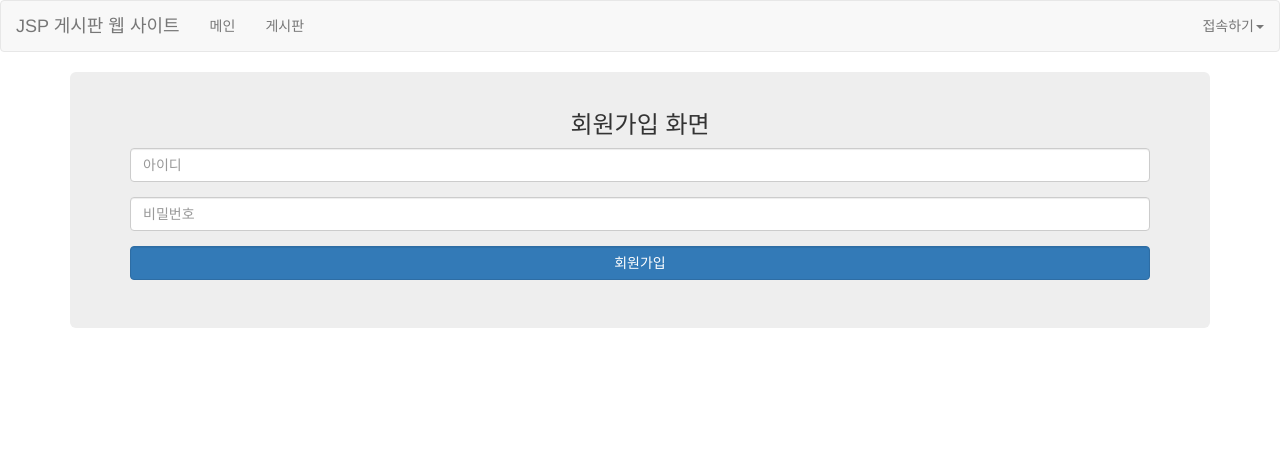
Repository: tykwon97/JSP
Page: http://localhost/BBS/join.jsp
An editor plug-in stored every save of this project. The page is shown before and after the next save, followed by the edit.
The browser window is 1280 px wide. The pictures show the whole page.
Some web libraries are served in a nearby version. The page is served by Tomcat 9.

Above is the page before, as saved 2021-01-28 07:08:59.

After the next save:
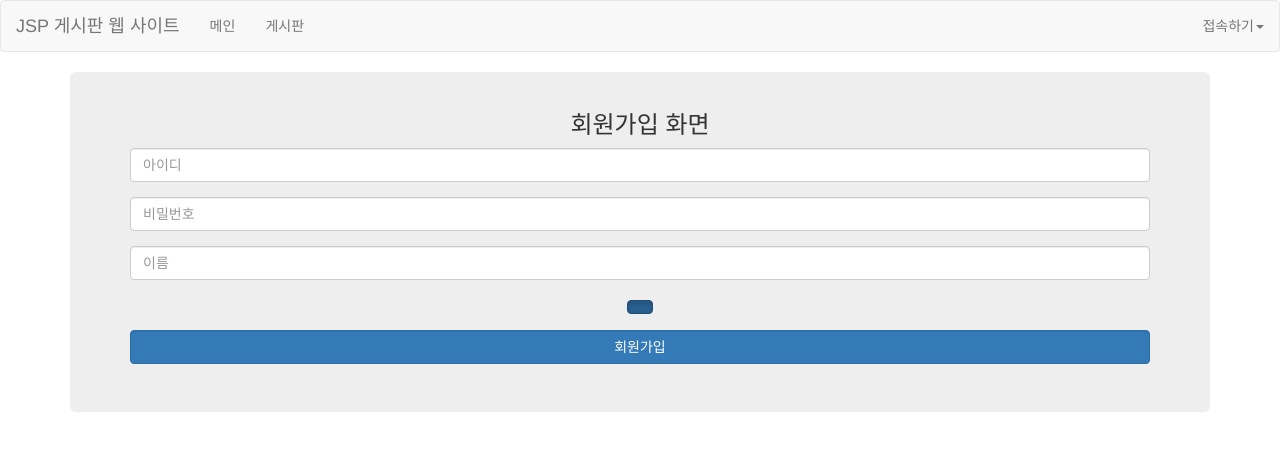
Saved 3 min 31 s later.
--- a/projects/BBS/WebContent/join.jsp
+++ b/projects/BBS/WebContent/join.jsp
@@ -51,6 +51,17 @@
 					<div class ="form-group">
 						<input type="password" class="form-control" placeholder="비밀번호" name = "userPassword" maxlength="20">
 					</div>
+					<div class ="form-group">
+						<input type="text" class="form-control" placeholder="이름" name = "userName" maxlength="20">
+					</div>
+					<div class ="form-group" style = "text-align : center;">
+						<div class ="btn-group" data-toggle="buttons">
+							<lable class="btn btn-primary active">
+								<input type="radio" name = "userGender" autocomplete="off" value="남자" checked>
+								<input type="radio" name = "userGender" autocomplete="off" value="여자" checked>
+							</lable>
+						</div>
+					</div>
 					<input type="submit" class="btn btn-primary form-control" value="회원가입">
 				</form>
 			</div>
